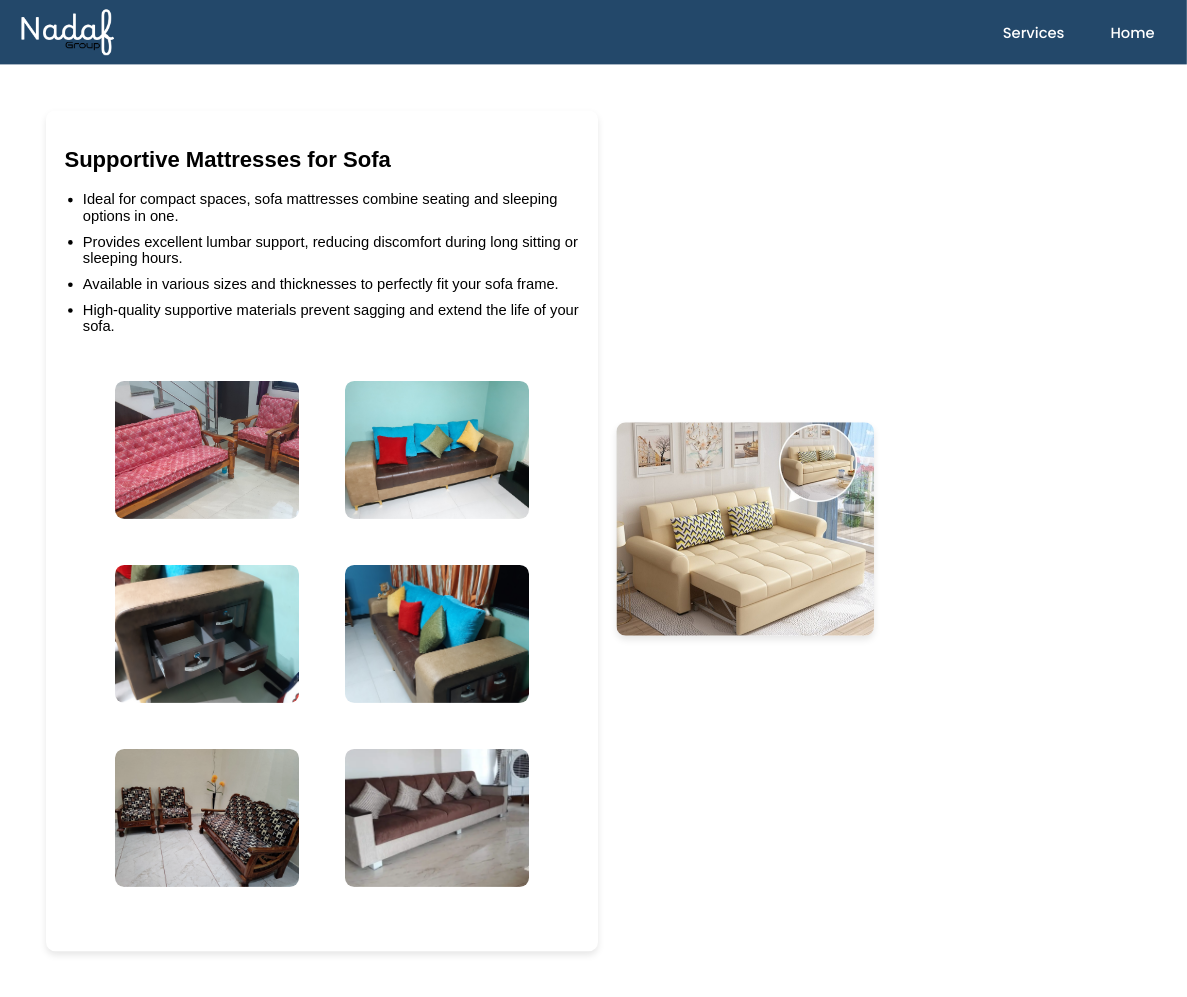
Repository: nadafgroup/rashidgadiUI
Page: src/sofa.html
These files come from the project's save history. The page is drawn as it stood at one moment and after the next save; the edit follows.
The browser window is 1280 px wide. The page is 1290 px wide, so the pictures cover 1290 px, including what lies to the right of the window. The pictures show the whole page, at 92% of full size.

Above is the page before, as saved 2025-01-30 17:37:09.

After the next save:
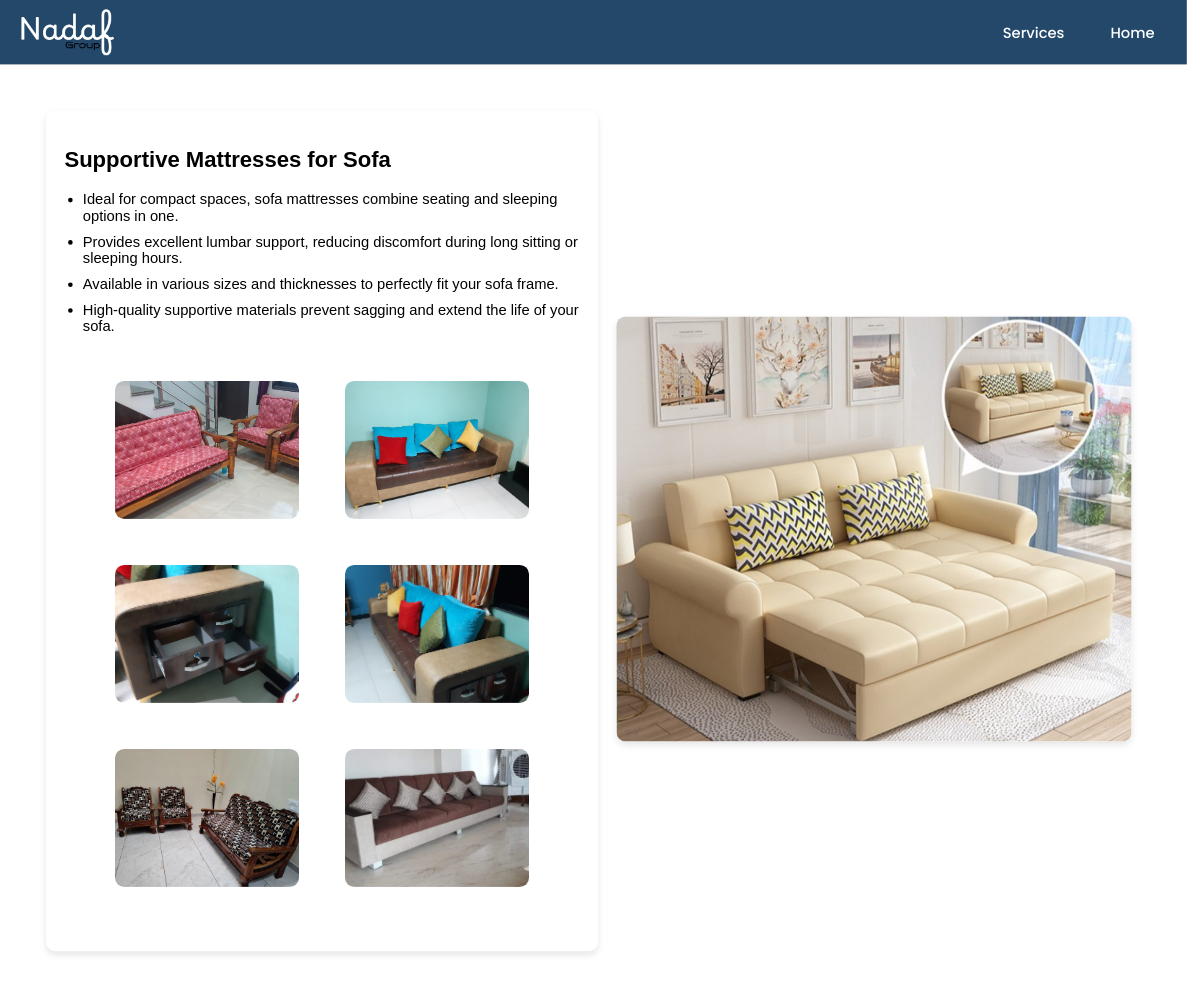
Saved 12 s later.
--- a/src/sofa.html
+++ b/src/sofa.html
@@ -54,7 +54,7 @@
         </div>
 
         <div class="image-container">
-            <img src="../assets/img/luxury-sofa-cum-bed.webp" style="width: 50%;" alt="Mattress">
+            <img src="../assets/img/luxury-sofa-cum-bed.webp" style="width: 100%;" alt="Mattress">
         </div>
     </div>
 
